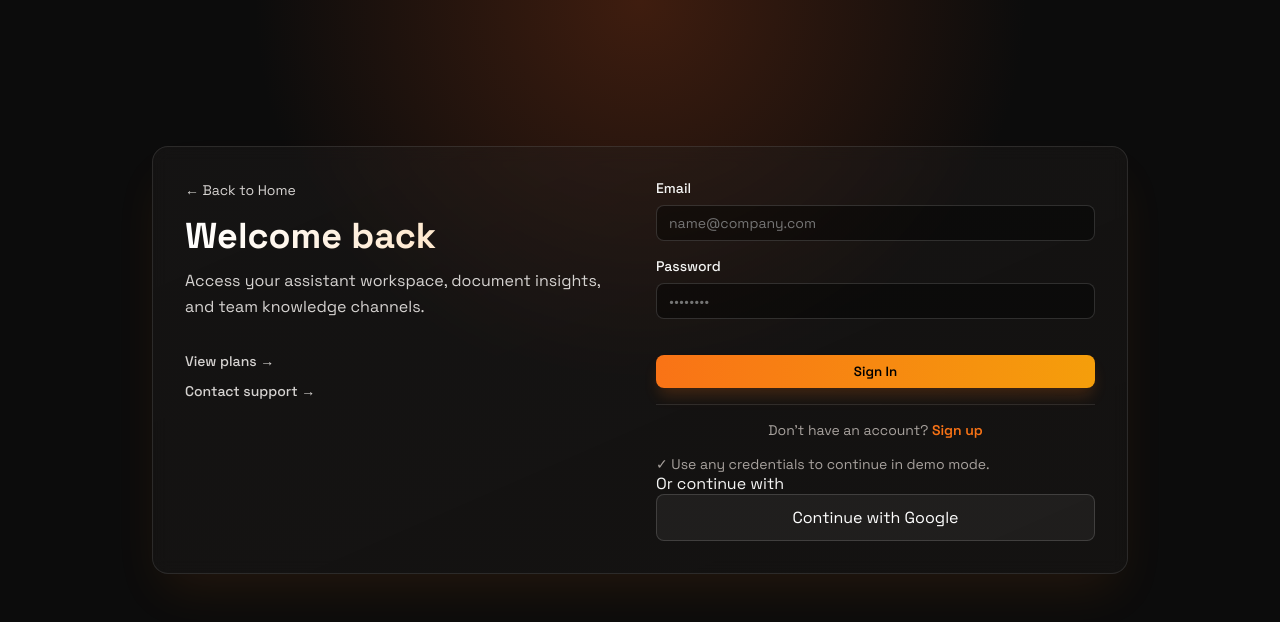
Repository: 4hmedshanu/RAG_Project_collage
Page: http://localhost/loginpage
The author's editor kept a copy of each file at every save. The page is drawn from the files as they stood at one save, then again after the next save.
The browser window is 1280 px wide. The pictures show the whole page.
The page is this project's Thymeleaf template; nobody is signed in. The template is opened directly, without the code that normally fills it, so the values that code supplies are empty.

Above is the page before, as saved 2026-06-01 22:10:45.

After the next save:
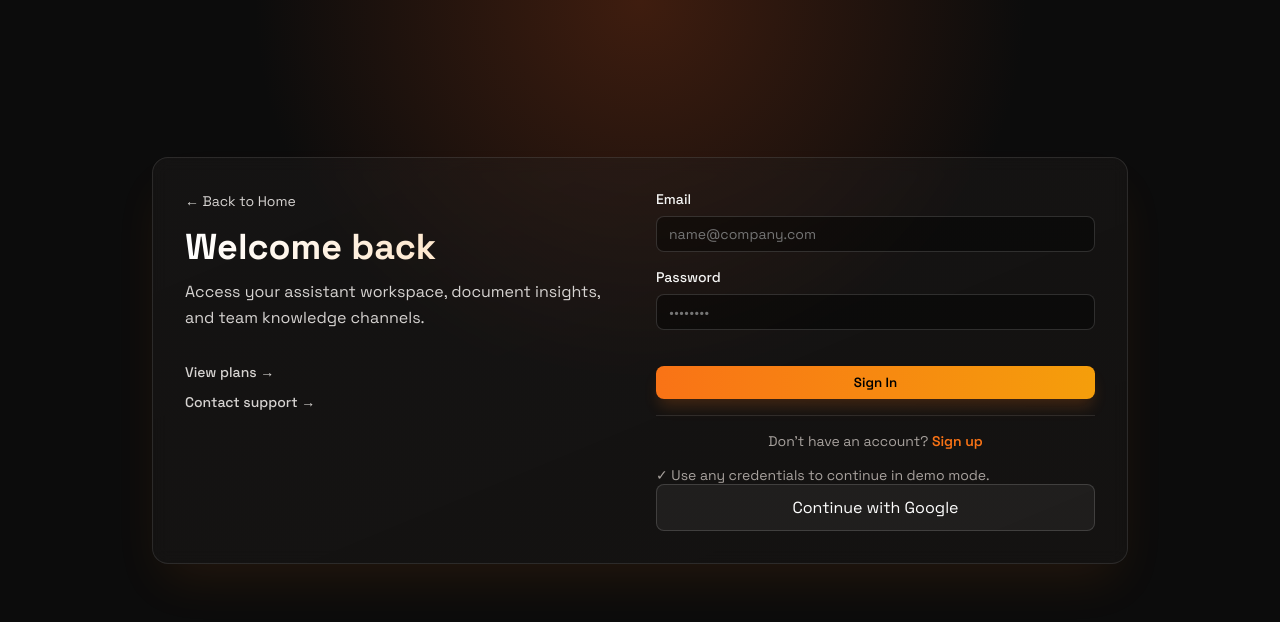
Saved 44 s later.
--- a/frontenddoc/src/main/resources/templates/loginpage.html
+++ b/frontenddoc/src/main/resources/templates/loginpage.html
@@ -37,12 +37,10 @@
           Don't have an account? <a href="/signup" class="link-brand">Sign up</a>
 
         <p id="note" class="note-text">✓ Use any credentials to continue in demo mode.</p>
-        <div class="sso-section">
-          <p class="sso-text">Or continue with</p>
+
           <div class="sso-buttons">
             <a href="/oauth2/authorization/google" class="btn-sso"> Continue with Google</a>
 
-          </div>
         </div>
 
       </form>
